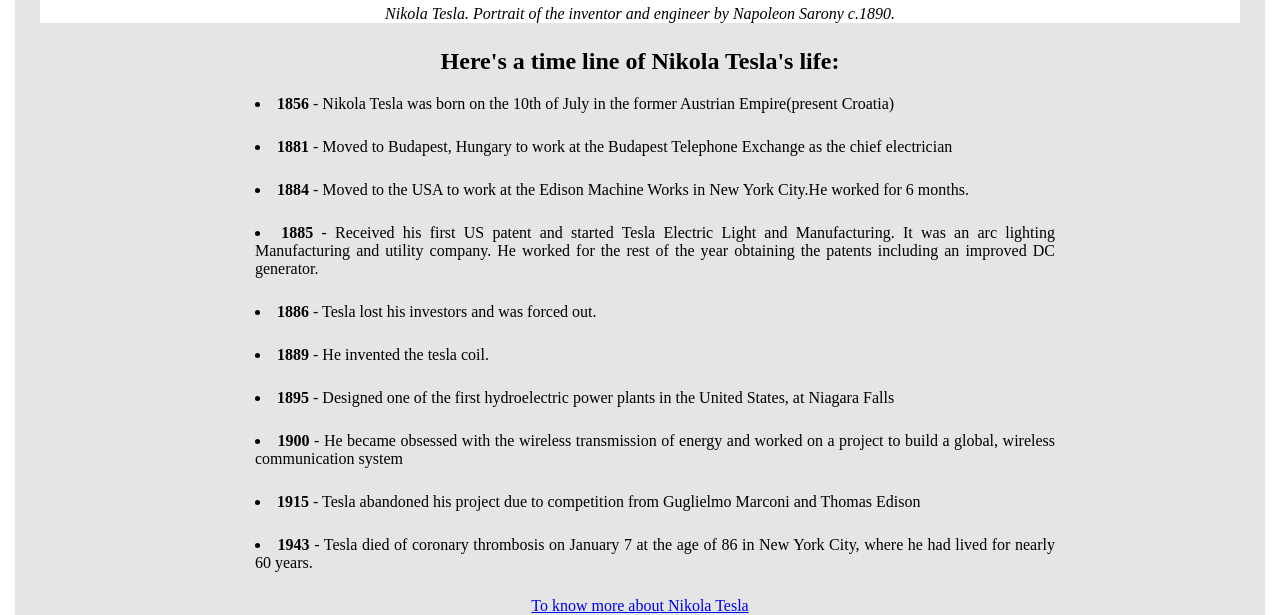
Repository: Avishka217/Tribute-Page
Page: index.html
The author's editor kept a copy of each file at every save. The page is drawn from the files as they stood at one save, then again after the next save.
The browser window is 1280 px wide. The pictures show the part of the page from y = 576 to 1288 px (the page is 1191 px tall before and 1288 px after).
A picture or video elsewhere on the page could not be fetched, so the positions and the page height are approximate.

Above is the page before, as saved 2020-03-18 19:49:09.

After the next save:
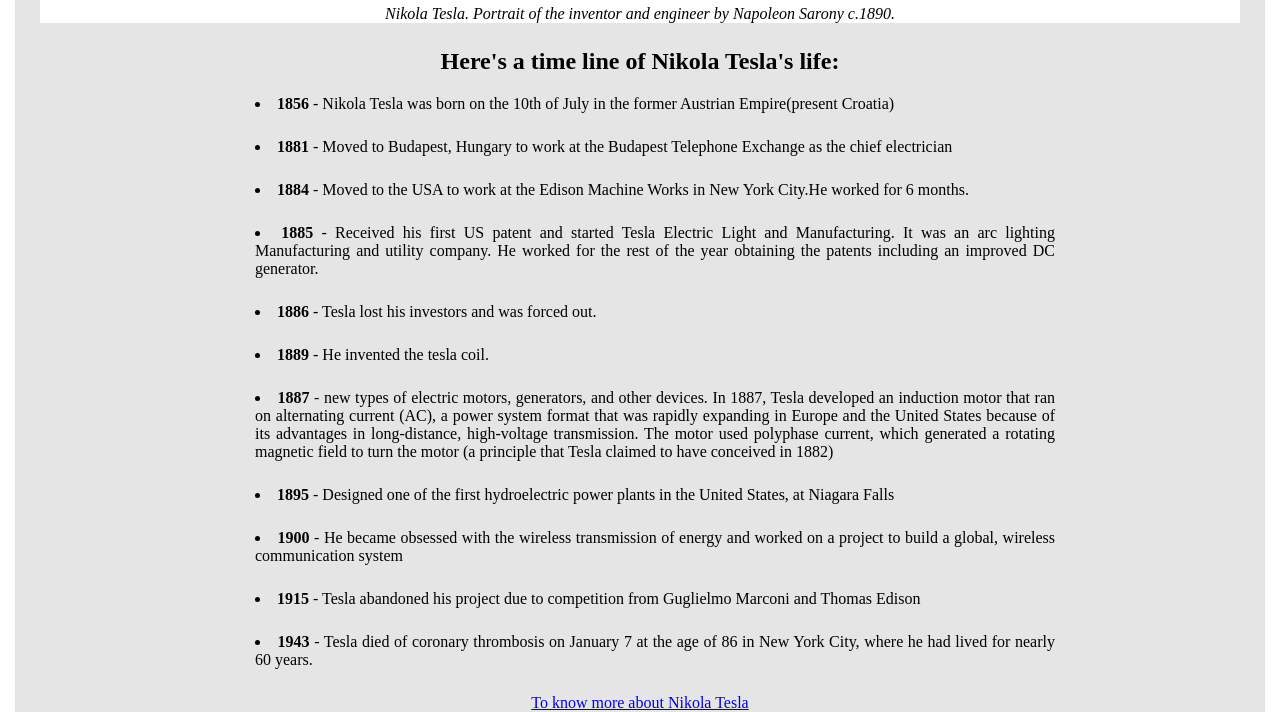
Saved 2 min 7 s later.
--- a/index.html
+++ b/index.html
@@ -42,6 +42,13 @@
                     DC generator.</li>
                 <li><b>1886</b> - Tesla lost his investors and was forced out.</li>
                 <li><b>1889</b> - He invented the tesla coil.</li>
+                <li><b>1887</b> - new types of electric motors, generators, and other devices.
+
+                    In 1887, Tesla developed an induction motor that ran on alternating current (AC), a power system
+                    format that was rapidly expanding in Europe and the
+                    United States because of its advantages in long-distance, high-voltage transmission. The motor used
+                    polyphase current, which generated a rotating
+                    magnetic field to turn the motor (a principle that Tesla claimed to have conceived in 1882)</li>
                 <li><b>1895</b> - Designed one of the first hydroelectric power plants in the United States, at Niagara
                     Falls</li>
                 <li><b>1900</b> - He became obsessed with the wireless transmission of energy and worked on a project to
